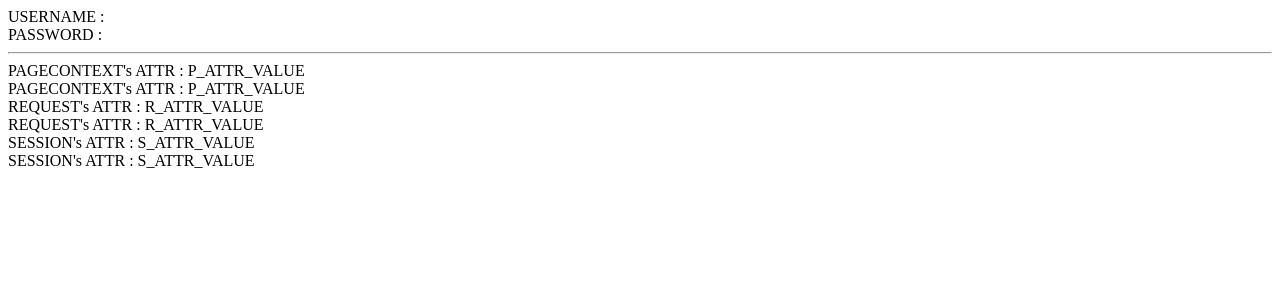
Repository: Leehj9094/JAVA_BOOK-
Page: http://localhost/01JSP/C08/01EL/result.jsp
The author's editor kept a copy of each file at every save. The page is drawn from the files as they stood at one save, then again after the next save.
The browser window is 1280 px wide. The pictures show the whole page.
The page is served by Tomcat 9.

Above is the page before, as saved 2025-04-04 02:30:45.

After the next save:
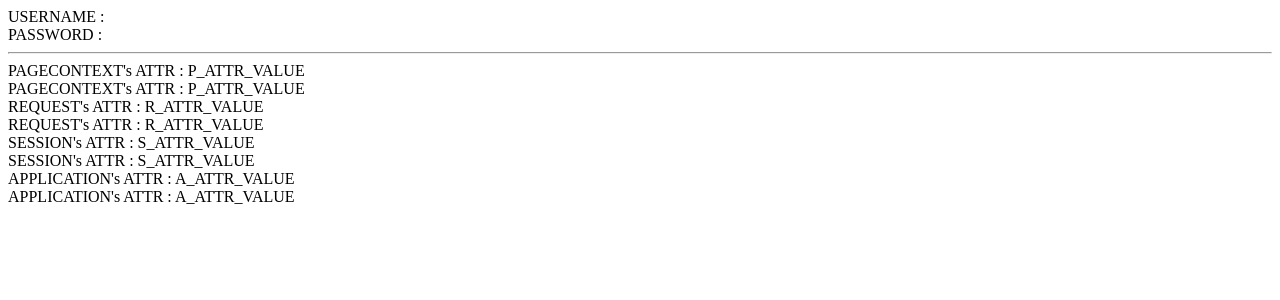
Saved 56 s later.
--- a/JSP/01JSP/src/main/webapp/C08/01EL/result.jsp
+++ b/JSP/01JSP/src/main/webapp/C08/01EL/result.jsp
@@ -39,7 +39,8 @@ REQUEST's ATTR : ${R_ATTR}<br/>
 REQUEST's ATTR : ${requestScope.R_ATTR}<br/>
 SESSION's ATTR : ${S_ATTR}<br/>
 SESSION's ATTR : ${sessionScope.S_ATTR}<br/>
-
+APPLICATION's ATTR : ${A_ATTR}<br/>
+APPLICATION's ATTR : ${applicationScope.A_ATTR}<br/>
 
 
 </body>
